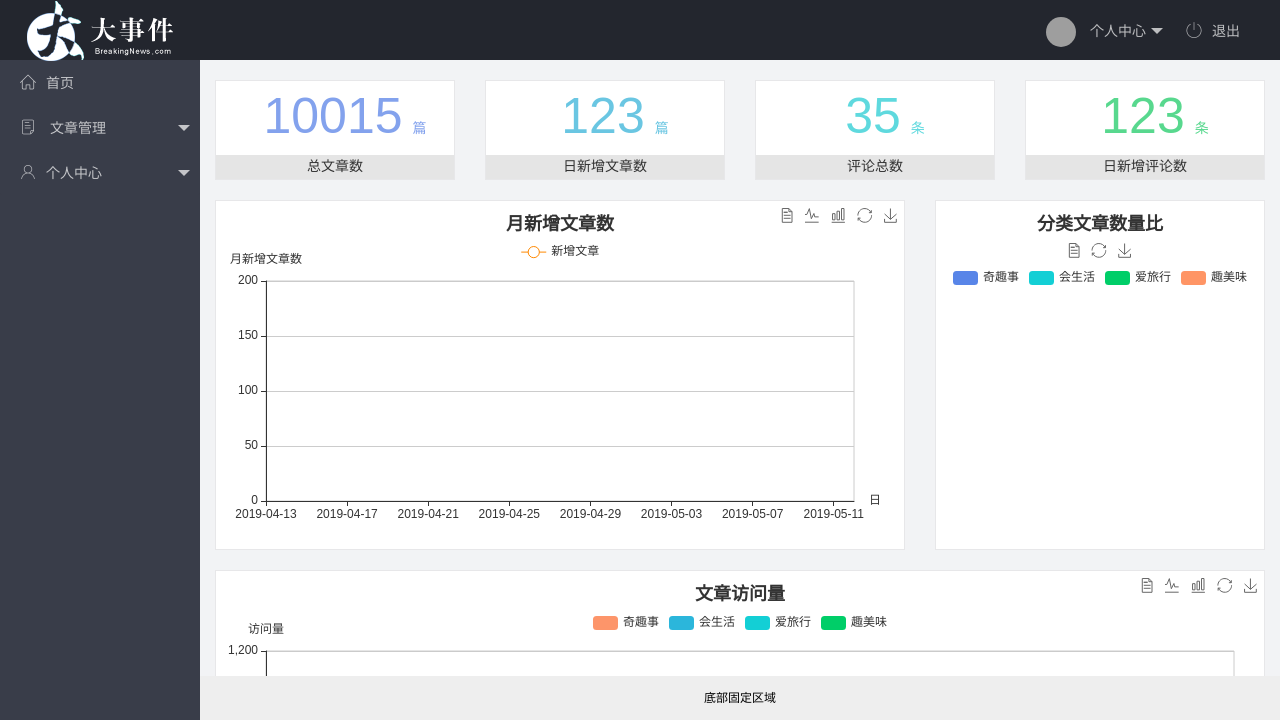
Repository: lithronmatic/web_bigbigevent
Page: index.html
These files come from the project's save history. The page is drawn as it stood at one moment and after the next save; the edit follows.
The browser window is 1280 px wide. The pictures show the whole page.
Pictures or frames that could not be fetched are drawn as grey boxes. The page's requests for data from a server got no answer.

Above is the page before, as saved 2022-09-03 09:29:34.

### index.html
<!DOCTYPE html>
<html lang="en">

<head>
    <meta charset="UTF-8">
    <meta http-equiv="X-UA-Compatible" content="IE=edge">
    <meta name="viewport" content="width=device-width, initial-scale=1.0">
    <title>后台主页</title>
    <link rel="stylesheet" href="./assets/lib/layui/css/layui.css">
    <link rel="stylesheet" href="./assets/fonts/iconfont.css">
    <link rel="stylesheet" href="./assets/css/index.css">
</head>

<body>
    <div class="layui-layout layui-layout-admin">
        <div class="layui-header">
            <div class="layui-logo">
                <img src="./assets/images/logo.png" alt="">
            </div>
            <!-- 头部区域（可配合layui 已有的水平导航） -->
            <ul class="layui-nav layui-layout-right">
                <li class="layui-nav-item layui-hide layui-show-md-inline-block">
                    <a href="javascript:;">
                        <img src="//tva1.sinaimg.cn/crop.0.0.118.118.180/5db11ff4gw1e77d3nqrv8j203b03cweg.jpg"
                            class="layui-nav-img">
                        个人中心
                    </a>
                    <dl class="layui-nav-child">
                        <dd><a href="">基本资料</a></dd>
                        <dd><a href="">更换头像</a></dd>
                        <dd><a href="">重置密码</a></dd>
                    </dl>
                </li>
                <li class="layui-nav-item">
                    <a href="javascript:;">
                        <span class="iconfont icon-tuichu"></span>退出
                    </a>
                </li>
            </ul>
        </div>

        <div class="layui-side layui-bg-black">
            <div class="layui-side-scroll">
                <!-- 左侧导航区域（可配合layui已有的垂直导航） -->
                <ul class="layui-nav layui-nav-tree" lay-shrink="all" lay-filter="test">
                    <li class="layui-nav-item">
                        <a href="./home/dashboard.html" target="fm"><span class="iconfont icon-home"></span>首页</a>
                    </li>
                    <li class="layui-nav-item">
                        <a class="" href="javascript:;"><span class="iconfont icon-16"></span>
                            文章管理
                        </a>
                        <dl class="layui-nav-child">
                            <dd><a href="javascript:;"><i class="layui-icon layui-icon-app"></i>文章类别</a></dd>
                            <dd><a href="javascript:;"><i class="layui-icon layui-icon-app"></i>文章列表</a></dd>
                            <dd><a href="javascript:;"><i class="layui-icon layui-icon-app"></i>发布文章</a></dd>
                        </dl>
                    </li>
                    <li class="layui-nav-item">
                        <a href="javascript:;"><span class="iconfont icon-user"></span>个人中心</a>
                        <dl class="layui-nav-child">
                            <dd><a href="javascript:;">基本资料</a></dd>
                            <dd><a href="javascript:;">更换头像</a></dd>
                            <dd><a href="javascript:;">重置密码</a></dd>
                        </dl>
                    </li>
                </ul>
            </div>
        </div>

        <div class="layui-body">
            <!-- 内容主体区域 -->
            <iframe src="./home/dashboard.html" name="fm" frameborder="0"></iframe>
        </div>

        <div class="layui-footer">
            <!-- 底部固定区域 -->
            底部固定区域
        </div>
    </div>

    <!-- 导入layui.js文件 -->
    <script src="./assets/lib/layui/layui.all.js"></script>
    <!-- 导入jquery -->
    <script src="./assets/lib/jquery.js"></script>
    <!-- 导入baseAPI -->
    <script src="./assets/js/baseAPI.js"></script>
    <!-- 导入自己的js -->
    <script src="./assets/js/index.js"></script>
</body>

</html>

### assets/css/index.css
/* .iconfont{
    margin-right:8px;
}

.layui-icon{
    margin-right:8px;
    margin-left:20px;
}

iframe{
    width: 100%;
    height: 100%;
}

.layui-body{
    overflow: hidden;
}

a{
    transition: none!important;
}

.userinfo{
    height:60px;
    line-height: 60px;
    text-align: center;
    border-bottom:1px solid #282b33;

}

#welcome{
    color:#fff;
    font-size: 12px;
    /* 禁止用户选中 */
    /* user-select: none;
} */

/* .layui-nav-img{
    width:40px;
    height:40px;
}

.text-avatar{
    display: inline-block;
    width: 40px;
    height:40px;
    font-size: 20px;
    background-color: #009688;
    text-align: center;
    line-height: 40px;
    border-radius: 50%;
    position:relative;
    top:4px;
    margin-right: 10px;
}  */

.layui-footer{
    text-align: center;
    font-size: 12px;
}
.iconfont{
    margin-right:10px;
}
.layui-icon{
    margin-right:10px;
}
iframe{
    width:100%;
    height:100%;
}
.layui-body{
    overflow: hidden;
}

### assets/js/baseAPI.js
// 在调用$.get()或$.post()或$.ajax()之前，都会先调用
// $.ajaxPrefilter这个函数
$.ajaxPrefilter(function(options){
    // console.log(options.url);//
    // 在发起真正的Ajax请求之前，统一拼接请求的根路径
    options.url = "http://www.liulongbin.top:3007" + options.url;
})

### assets/js/index.js
// $(function(){
//     getUserInfo();
// })

// var layer = layui.layer;
// // 获取用户的基本信息
// function getUserInfo(){
//     $.ajax({
//         method:'GET',
//         url:'/my/userinfo',
//         // headers就是请求头配置对象
//         headers:{
//             Authorization:localStorage.getItem('token') || ""
//         },
//         success:function(res){
//            if(res.status!==0){
//              return layui.layer.msg('获取用户信息失败!');
//            }
//         //调用renderAvatar 渲染用户的头像
//         renderAvatar(res.data);
//         }
//     })
// }

// // 渲染用户的头像
// function renderAvatar(user){
//     // 1.获取用户名称
//     var name = user.nickname || user.username;
//     // 2.设置欢迎的文本
//     $('#welcome').html('欢迎&nbsp;&nbsp;'+ name);
//     // 3.按需渲染用户的头像
//     if(user.user_pic!==null){
//         // 3.1渲染图片头像
//         $(".layui-nav-img").attr('src',user.user_pic).show();
//         // 让文本头像隐藏
//         $(".text-avatar").hide();
//     }else{
//         // 3.2渲染文本头像
//         // 让图片头像隐藏
//         $(".layui-nav-img").hide();
//         //渲染文本头像
//         var first = name[0].toUpperCase();
//         $(".text-avatar").html(first).show();
//     }
// }

$(function(){
    getUserInfo()

})

// 获取用户基本信息
function getUserInfo(){
    $.ajax({
        type:'GET',
        url:'/my/userinfo',
        // headers 请求头配置对象
        headers:{
            Authorization:localStorage.getItem('token')
        },
        success:function(res){
            if(res.status!=0){
                return layui.layer.msg('获取用户信息失败!')
            }
            // 调用renderAvatar渲染用户的头像
            renderAvatar(res.data)
        }
    })
}

// 渲染用户的头像
function renderAvatar(user){

}

### home/dashboard.html
<!DOCTYPE html>
<html lang="en">

<head>
  <meta charset="UTF-8">
  <meta name="viewport" content="width=device-width, initial-scale=1.0">
  <meta http-equiv="X-UA-Compatible" content="ie=edge">
  <title>图表统计</title>
  <link rel="stylesheet" href="../../assets/lib/bootstrap.css" />
  <link rel="stylesheet" href="../../assets/lib/main.css" />
  <script src="../../assets/lib/jquery.js"></script>
  <script type="text/javascript" src="../../assets/lib/echarts.min.js"></script>
</head>

<body>
  <div class="container-fluid">
    <div class="row spannel_list">
      <div class="col-sm-3 col-xs-6">
        <div class="spannel">
          <em>10015</em><span>篇</span>
          <b>总文章数</b>
        </div>
      </div>
      <div class="col-sm-3 col-xs-6">
        <div class="spannel scolor01">
          <em>123</em><span>篇</span>
          <b>日新增文章数</b>
        </div>
      </div>
      <div class="col-sm-3 col-xs-6">
        <div class="spannel scolor02">
          <em>35</em><span>条</span>
          <b>评论总数</b>
        </div>
      </div>
      <div class="col-sm-3 col-xs-6">
        <div class="spannel scolor03">
          <em>123</em><span>条</span>
          <b>日新增评论数</b>
        </div>
      </div>
    </div>
  </div>

  <div class="container-fluid">
    <div class="row curve-pie">
      <div class="col-lg-8 col-md-8">
        <div class="gragh_pannel" id="curve_show"></div>
      </div>
      <div class="col-lg-4 col-md-4">
        <div class="gragh_pannel" id="pie_show"></div>
      </div>
    </div>
  </div>

  <div class="container-fluid">
    <div class="column_pannel" id="column_show"></div>
  </div>

  <script>
    var oChart = echarts.init(document.getElementById('curve_show'));
    var aList_all = [
      { 'count': 36, 'date': '2019-04-13' },
      { 'count': 52, 'date': '2019-04-14' },
      { 'count': 78, 'date': '2019-04-15' },
      { 'count': 85, 'date': '2019-04-16' },
      { 'count': 65, 'date': '2019-04-17' },
      { 'count': 72, 'date': '2019-04-18' },
      { 'count': 88, 'date': '2019-04-19' },
      { 'count': 64, 'date': '2019-04-20' },
      { 'count': 72, 'date': '2019-04-21' },
      { 'count': 90, 'date': '2019-04-22' },
      { 'count': 96, 'date': '2019-04-23' },
      { 'count': 100, 'date': '2019-04-24' },
      { 'count': 102, 'date': '2019-04-25' },
      { 'count': 110, 'date': '2019-04-26' },
      { 'count': 123, 'date': '2019-04-27' },
      { 'count': 100, 'date': '2019-04-28' },
      { 'count': 132, 'date': '2019-04-29' },
      { 'count': 146, 'date': '2019-04-30' },
      { 'count': 200, 'date': '2019-05-01' },
      { 'count': 180, 'date': '2019-05-02' },
      { 'count': 163, 'date': '2019-05-03' },
      { 'count': 110, 'date': '2019-05-04' },
      { 'count': 80, 'date': '2019-05-05' },
      { 'count': 82, 'date': '2019-05-06' },
      { 'count': 70, 'date': '2019-05-07' },
      { 'count': 65, 'date': '2019-05-08' },
      { 'count': 54, 'date': '2019-05-09' },
      { 'count': 40, 'date': '2019-05-10' },
      { 'count': 45, 'date': '2019-05-11' },
      { 'count': 38, 'date': '2019-05-12' },
    ];

    let aCount = [];
    let aDate = [];

    for (var i = 0; i < aList_all.length; i++) {
      aCount.push(aList_all[i].count);
      aDate.push(aList_all[i].date);
    }

    var chartopt = {
      title: {
        text: '月新增文章数',
        left: 'center',
        top: '10'
      },
      tooltip: {
        trigger: 'axis'
      },
      legend: {
        data: ['新增文章'],
        top: '40'
      },
      toolbox: {
        show: true,
        feature: {
          mark: { show: true },
          dataView: { show: true, readOnly: false },
          magicType: { show: true, type: ['line', 'bar'] },
          restore: { show: true },
          saveAsImage: { show: true }
        }
      },
      calculable: true,
      xAxis: [
        {
          name: '日',
          type: 'category',
          boundaryGap: false,
          data: aDate
        }
      ],
      yAxis: [
        {
          name: '月新增文章数',
          type: 'value'
        }
      ],
      series: [
        {
          name: '新增文章',
          type: 'line',
          smooth: true,
          itemStyle: { normal: { areaStyle: { type: 'default' }, color: '#f80' }, lineStyle: { color: '#f80' } },
          data: aCount
        }],
      areaStyle: {
        normal: {
          color: new echarts.graphic.LinearGradient(0, 0, 0, 1, [{
            offset: 0,
            color: 'rgba(255,136,0,0.39)'
          }, {
            offset: .34,
            color: 'rgba(255,180,0,0.25)'
          }, {
            offset: 1,
            color: 'rgba(255,222,0,0.00)'
          }])

        }
      },
      grid: {
        show: true,
        x: 50,
        x2: 50,
        y: 80,
        height: 220
      }
    };

    oChart.setOption(chartopt);


    var oPie = echarts.init(document.getElementById('pie_show'));
    var oPieopt =
    {
      title: {
        top: 10,
        text: '分类文章数量比',
        x: 'center'
      },
      tooltip: {
        trigger: 'item',
        formatter: "{a} <br/>{b} : {c} ({d}%)"
      },
      color: ['#5885e8', '#13cfd5', '#00ce68', '#ff9565'],
      legend: {
        x: 'center',
        top: 65,
        data: ['奇趣事', '会生活', '爱旅行', '趣美味']
      },
      toolbox: {
        show: true,
        x: 'center',
        top: 35,
        feature: {
          mark: { show: true },
          dataView: { show: true, readOnly: false },
          magicType: {
            show: true,
            type: ['pie', 'funnel'],
            option: {
              funnel: {
                x: '25%',
                width: '50%',
                funnelAlign: 'left',
                max: 1548
              }
            }
          },
          restore: { show: true },
          saveAsImage: { show: true }
        }
      },
      calculable: true,
      series: [
        {
          name: '访问来源',
          type: 'pie',
          radius: ['45%', '60%'],
          center: ['50%', '65%'],
          data: [
            { value: 300, name: '奇趣事' },
            { value: 100, name: '会生活' },
            { value: 260, name: '爱旅行' },
            { value: 180, name: '趣美味' }
          ]
        }
      ]
    };
    oPie.setOption(oPieopt);



    var oColumn = this.echarts.init(document.getElementById('column_show'));
    var oColumnopt =
    {
      title: {
        text: '文章访问量',
        left: 'center',
        top: '10'
      },
      tooltip: {
        trigger: 'axis'
      },
      legend: {
        data: ['奇趣事', '会生活', '爱旅行', '趣美味'],
        top: '40'
      },
      toolbox: {
        show: true,
        feature: {
          mark: { show: true },
          dataView: { show: true, readOnly: false },
          magicType: { show: true, type: ['line', 'bar'] },
          restore: { show: true },
          saveAsImage: { show: true }
        }
      },
      calculable: true,
      xAxis: [
        {
          type: 'category',
          data: ['1月', '2月', '3月', '4月', '5月']
        }
      ],
      yAxis: [
        {
          name: '访问量',
          type: 'value'
        }
      ],
      series: [
        {
          name: '奇趣事',
          type: 'bar',
          barWidth: 20,
          itemStyle: {
            normal: { areaStyle: { type: 'default' }, color: '#fd956a' }
          },
          data: [800, 708, 920, 1090, 1200]
        },
        {
          name: '会生活',
          type: 'bar',
          barWidth: 20,
          itemStyle: {
            normal: { areaStyle: { type: 'default' }, color: '#2bb6db' }
          },
          data: [400, 468, 520, 690, 800]
        },
        {
          name: '爱旅行',
          type: 'bar',
          barWidth: 20,
          itemStyle: {
            normal: { areaStyle: { type: 'default' }, color: '#13cfd5' }
          },
          data: [500, 668, 520, 790, 900]
        },
        {
          name: '趣美味',
          type: 'bar',
          barWidth: 20,
          itemStyle: {
            normal: { areaStyle: { type: 'default' }, color: '#00ce68' }
          },
          data: [600, 508, 720, 890, 1000]
        }
      ],
      grid: {
        show: true,
        x: 50,
        x2: 30,
        y: 80,
        height: 260
      },
      dataZoom: [//给x轴设置滚动条
        {
          start: 0,//默认为0
          end: 100 - 1000 / 31,//默认为100
          type: 'slider',
          show: true,
          xAxisIndex: [0],
          handleSize: 0,//滑动条的 左右2个滑动条的大小
          height: 8,//组件高度
          left: 45, //左边的距离
          right: 50,//右边的距离
          bottom: 26,//右边的距离
          handleColor: '#ddd',//h滑动图标的颜色
          handleStyle: {
            borderColor: "#cacaca",
            borderWidth: "1",
            shadowBlur: 2,
            background: "#ddd",
            shadowColor: "#ddd",
          }
        }]
    };
    oColumn.setOption(oColumnopt);
  </script>
</body>

</html>

Loaded but not shown: assets/lib/layui/css/layui.css (library); assets/fonts/iconfont.css (common file); assets/lib/layui/layui.all.js (library); assets/lib/jquery.js (library); assets/lib/bootstrap.css (library); assets/lib/main.css (library); assets/lib/echarts.min.js (library); assets/lib/layui/css/modules/laydate/default/laydate.css (library); assets/lib/layui/css/modules/layer/default/layer.css (library); assets/lib/layui/css/modules/code.css (common file)

After the next save:
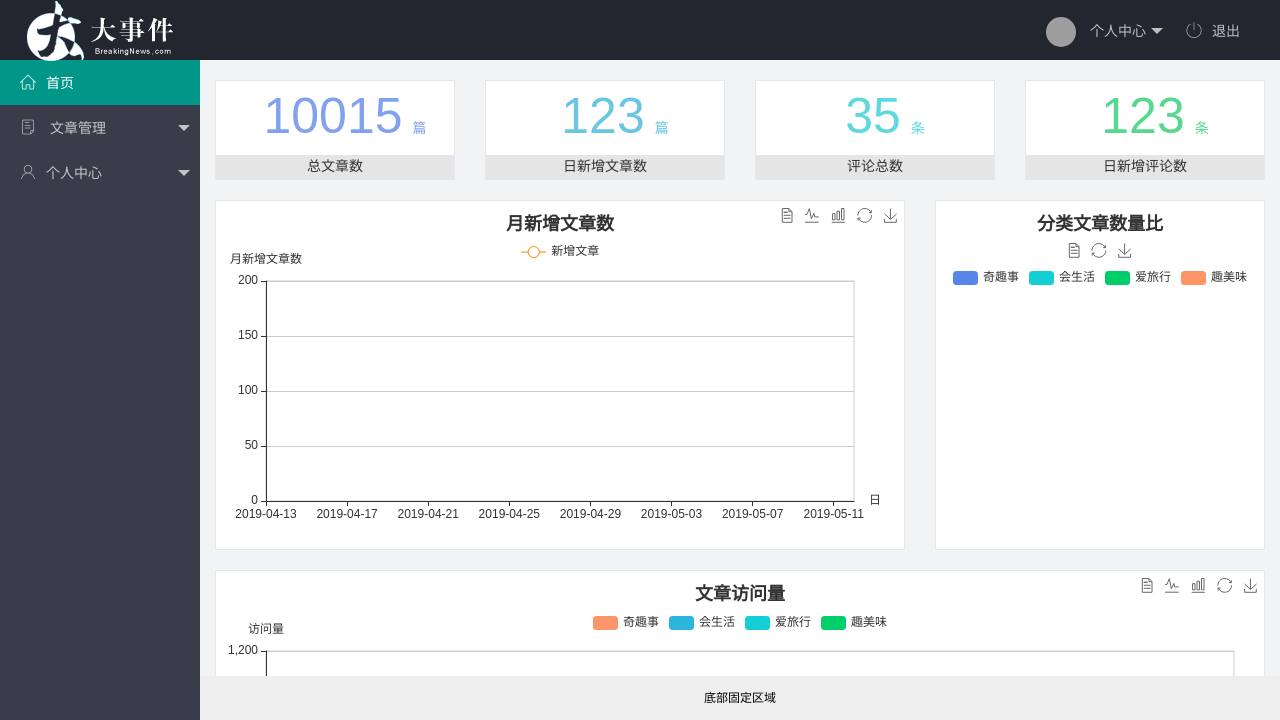
Saved 83 s later.
--- a/index.html
+++ b/index.html
@@ -43,7 +43,7 @@
             <div class="layui-side-scroll">
                 <!-- 左侧导航区域（可配合layui已有的垂直导航） -->
                 <ul class="layui-nav layui-nav-tree" lay-shrink="all" lay-filter="test">
-                    <li class="layui-nav-item">
+                    <li class="layui-nav-item layui-this">
                         <a href="./home/dashboard.html" target="fm"><span class="iconfont icon-home"></span>首页</a>
                     </li>
                     <li class="layui-nav-item">
